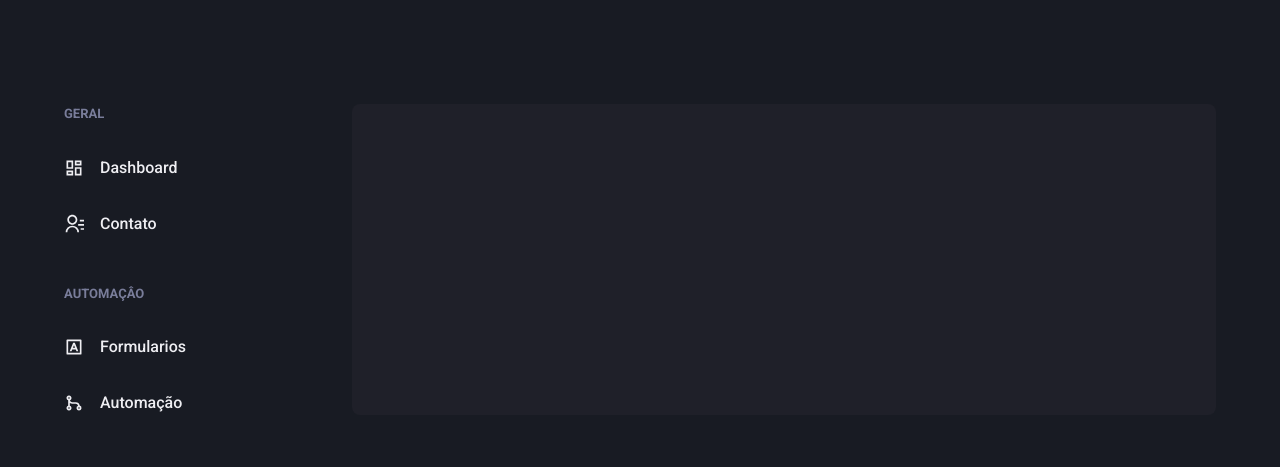
Repository: viniciusfg05/DashGo
Page: /users
The author's editor kept a copy of each file at every save. The page is drawn from the files as they stood at one save, then again after the next save.
The browser window is 1280 px wide. The pictures show the whole page.
The project was rebuilt for these pictures with package versions that can differ from the ones it lists, and the page was loaded fresh each time. The framework's server and built-in components were replaced by stand-ins that run in the browser. Also part of the build but not shown: next.config.js.

Above is the page before, as saved 2022-03-26 09:43:16.

After the next save:
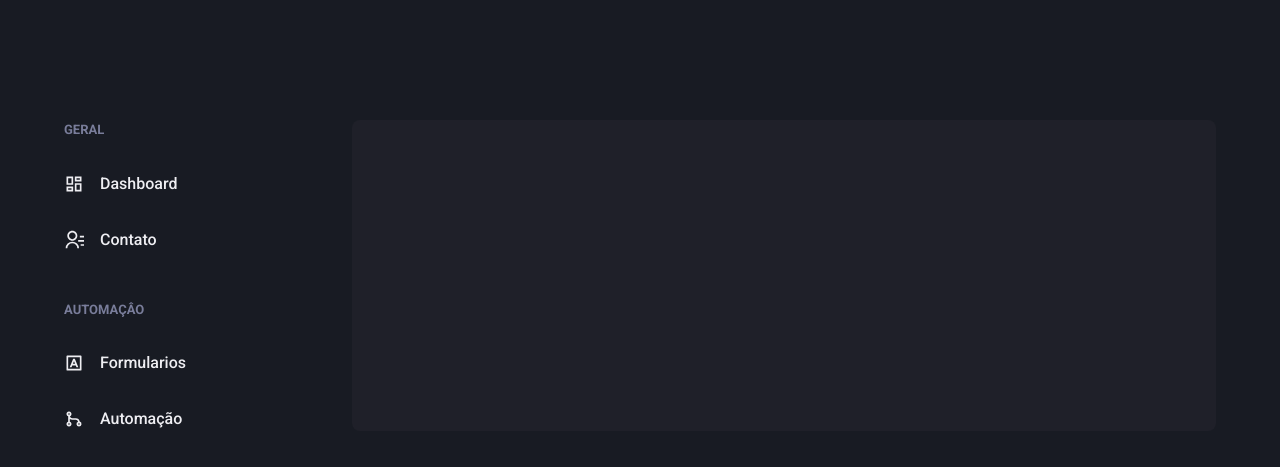
Saved 9 s later.
--- a/src/components/Header.tsx
+++ b/src/components/Header.tsx
@@ -8,6 +8,7 @@ export function Header() {
     w='100%'
     maxWidth={1400}
     h="20"
+    mt='4'
     >
 
 
